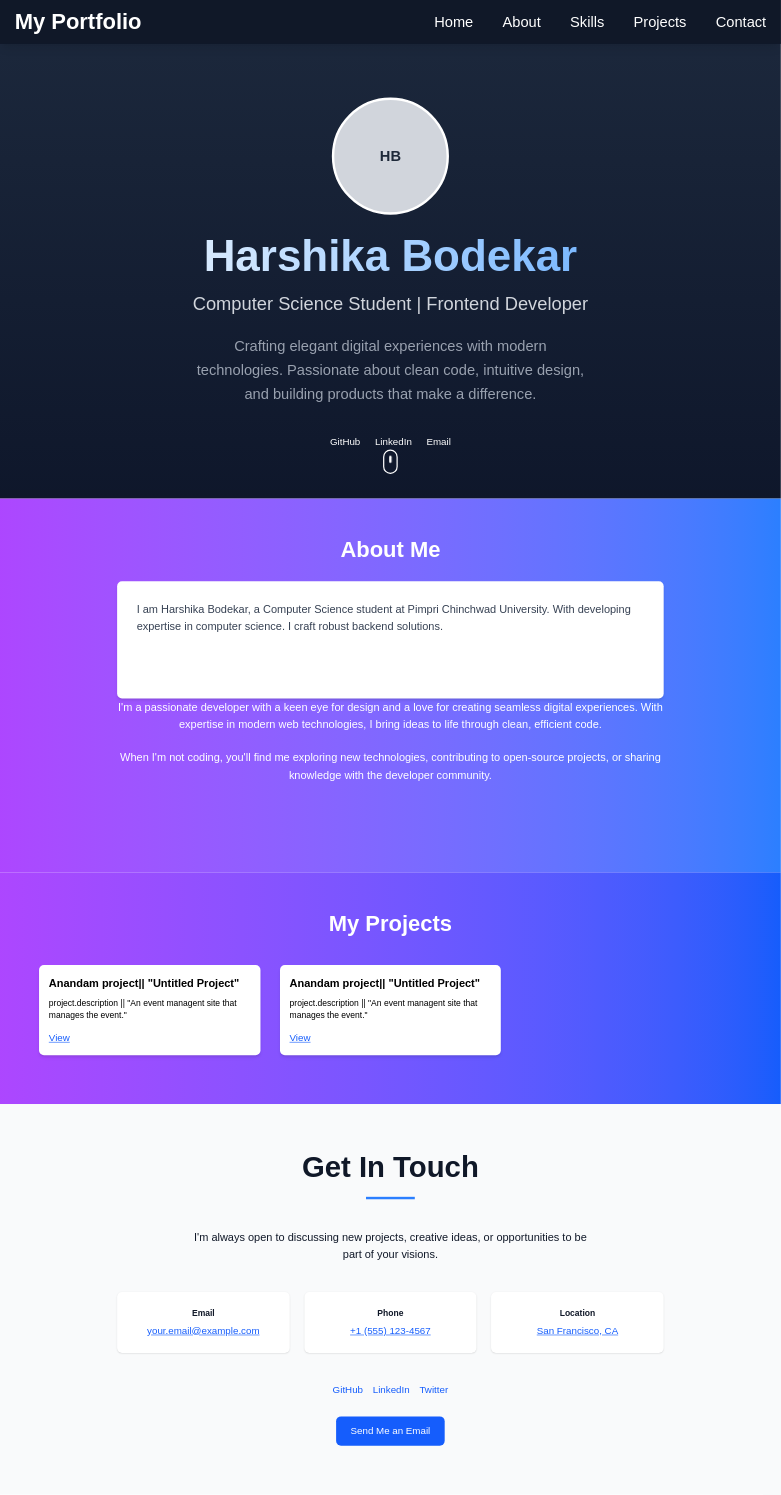
Repository: harshikabodekar/portfolio_awp
Page: /
An editor plug-in stored every save of this project. The page is shown before and after a run of saves, followed by the edit.
The browser window is 1280 px wide. The pictures show the whole page, at 61% of full size.
The project was rebuilt for these pictures with package versions that can differ from the ones it lists, and the page was loaded fresh each time. The framework's server and built-in components were replaced by stand-ins that run in the browser. Also part of the build but not shown: next.config.mjs.

Above is the page before, as saved 2025-10-15 19:56:23.

### src/app/layout.js
import "./globals.css";

export const metadata = {
  title: "AWP Portfolio",
  description: "Personal portfolio",
};

export default function RootLayout({ children }) {
  return (
    <html lang="en">
      <body className="antialiased">
        {children}
      </body>
    </html>
  );
}

### src/app/page.js
//import Image from "next/image";
import Navbar from "./components/Navbar";
import React from "react";
import Projects from "./components/Project";
import About from "./components/About";
import Contact from "./components/Contact";
import Hero from "./components/Hero";
import ProjectCard from "./components/ProjectCard";

export default function Home() {
  return (
    <div className="font-sans">
      <Navbar />
      <main className="w-full">
        <Hero />
        <About />
        <Projects />
        <Contact />
      </main>
    </div>
  );
}

### src/app/components/Navbar.js
import React from 'react';

const Navbar = () => {
  return (
    <nav className="bg-gray-900 text-white py-4 px-6 fixed w-full top-0 left-0 z-50 shadow-lg">
      <div className="container mx-auto flex justify-between items-center">
        <h1 className="text-4xl font-bold">My Portfolio</h1>
        <ul className="flex space-x-12 text-2xl">
          <li><a href="#home" className="hover:text-blue-400 transition-colors">Home</a></li>
          <li><a href="#about" className="hover:text-blue-400 transition-colors">About</a></li>
          <li><a href="#skills" className="hover:text-blue-400 transition-colors">Skills</a></li>
          <li><a href="#projects" className="hover:text-blue-400 transition-colors">Projects</a></li>
          <li><a href="#contact" className="hover:text-blue-400 transition-colors">Contact</a></li>
        </ul>
      </div>
    </nav>
  );
};

export default Navbar;

### src/app/components/Project.js
import React from 'react';
import ProjectCard from './ProjectCard';
import { projectsData } from '../data/projects';

const Projects = () => {
  return (
    <section id="projects" className="py-20 px-6 bg-gradient-to-r from-purple-500 to-blue-600 text-white pt-16">
      <div className="container mx-auto max-w-6xl">
        <h2 className="text-4xl font-bold text-center text-white mb-12">My Projects</h2>

        <div className="grid md:grid-cols-2 lg:grid-cols-3 gap-8">
          {projectsData.map((project) => (
            <ProjectCard key={project.id} project={project} />
          ))}
        </div>
      </div>
    </section>
  );
};

export default Projects;

### src/app/components/About.js
import React from 'react';

const About = () => {
  return (
     <section id="about" className="py-20 px-6 bg-gradient-to-r from-purple-500 to-blue-500 text-white pt-16">
      <div className="container mx-auto max-w-4xl">
        <h2 className="text-4xl font-bold text-center mb-8">About Me</h2>
        <div className="bg-white p-8 rounded-lg shadow-md">
          <p className="text-lg text-gray-700 mb-4">
            I am Harshika Bodekar, a Computer Science student at Pimpri Chinchwad University.
            With developing expertise in computer science.
            I craft robust backend solutions.
          </p>
          <p className="text-lg text-white">
            My journey is driven by a passion for building scalable,
            efficient systems that power modern applications.
            I enjoy tackling complex challenges and exploring cutting-edge tech.
          </p>
        </div>
        <div className="mb-16 text-center">
            <p className="text-lg text-muted-foreground leading-relaxed mb-6">
              I'm a passionate developer with a keen eye for design and a love for creating
              seamless digital experiences. With expertise in modern web technologies, I bring
              ideas to life through clean, efficient code.
            </p>
            <p className="text-lg text-muted-foreground leading-relaxed">
              When I'm not coding, you'll find me exploring new technologies, contributing to
              open-source projects, or sharing knowledge with the developer community.
            </p>
          </div>
      </div>
    </section>
  );
};

export default About;

### src/app/components/Contact.js
const Contact = () => {
  const contactInfo = [
    { label: 'Email', value: 'your.email@example.com', href: 'mailto:your.email@example.com' },
    { label: 'Phone', value: '+1 (555) 123-4567', href: 'tel:+15551234567' },
    { label: 'Location', value: 'San Francisco, CA', href: '#' },
  ];

  const socialLinks = [
    { label: 'GitHub', href: 'https://github.com' },
    { label: 'LinkedIn', href: 'https://linkedin.com' },
    { label: 'Twitter', href: 'https://twitter.com' },
  ];

  return (
    <section id="contact" className="py-20 bg-gray-50 text-gray-900">
      <div className="container mx-auto px-4">
        <div className="max-w-4xl mx-auto">
          <h2 className="text-4xl md:text-5xl font-bold mb-6 text-center">Get In Touch</h2>
          <div className="w-20 h-1 bg-blue-500 mx-auto mb-12"></div>

          <p className="text-center text-lg mb-12 max-w-2xl mx-auto">
            I'm always open to discussing new projects, creative ideas, or opportunities to be part of your visions.
          </p>

          <div className="grid md:grid-cols-3 gap-6 mb-12">
            {contactInfo.map((info, index) => (
              <div key={index} className="bg-white p-6 rounded-lg shadow text-center">
                <h3 className="text-sm font-semibold mb-2">{info.label}</h3>
                <a href={info.href} className="text-blue-600 underline">{info.value}</a>
              </div>
            ))}
          </div>

          <div className="text-center">
            <div className="flex justify-center gap-4 mb-8">
              {socialLinks.map((s, i) => (
                <a key={i} href={s.href} target="_blank" rel="noreferrer" className="text-blue-600">{s.label}</a>
              ))}
            </div>

            <div className="text-center">
              <a href="mailto:your.email@example.com" className="inline-block px-6 py-3 bg-blue-600 text-white rounded-lg">Send Me an Email</a>
            </div>
          </div>
        </div>
      </div>
    </section>
  );
};

export default Contact;

### src/app/components/Hero.js
"use client";
import React from 'react';

const Hero = () => {
  return (
    <section id="home" className="relative w-full min-h-screen flex items-center justify-center bg-gradient-to-b from-slate-800 to-slate-900 text-white pt-20">
      <div className="w-full px-4 sm:px-6 lg:px-8 py-12 sm:py-16 md:py-20 relative z-10">
        <div className="max-w-6xl mx-auto text-center">
          <div className="mb-6 sm:mb-8 flex justify-center">
            <div className="w-32 h-32 sm:w-40 sm:h-40 md:w-48 md:h-48 rounded-full bg-gray-300 dark:bg-gray-600 border-4 border-white flex items-center justify-center text-xl sm:text-2xl font-bold text-gray-800">HB</div>
          </div>



          <h1 className="text-4xl sm:text-4xl md:text-5xl lg:text-6xl xl:text-7xl font-bold mb-4 sm:mb-6 bg-gradient-to-r from-white to-blue-400 bg-clip-text text-transparent px-4">
            Harshika Bodekar
          </h1>

          <p className="text-base sm:text-lg md:text-xl lg:text-3xl text-gray-300 mb-6 sm:mb-8 font-light px-4">
            Computer Science Student | Frontend Developer
          </p>

          <p className="text-sm sm:text-base md:text-2xl text-gray-400 mb-8 sm:mb-12 max-w-2xl mx-auto leading-relaxed px-4">
            Crafting elegant digital experiences with modern technologies.
            Passionate about clean code, intuitive design, and building products that make a difference.
          </p>

          {/* <div className="flex flex-col sm:flex-row flex-wrap gap-4 justify-center mb-8 sm:mb-12 px-4">
            <button onClick={() => {}} className="px-6 py-3 bg-white text-slate-900 rounded-full font-medium hover:bg-gray-100 transition-colors w-full sm:w-auto">View My Work</button>
            <button onClick={() => {}} className="px-6 py-3 border-2 border-white text-white rounded-full hover:bg-white hover:text-slate-900 transition-colors w-full sm:w-auto">Get In Touch</button>
          </div> */}

          <div className="flex flex-wrap gap-4 sm:gap-6 justify-center text-3xl sm:text-base px-4">
            <a href="https://github.com/harshikabodekar" target="_blank" rel="noopener noreferrer" className="text-white hover:text-blue-400 transition-colors">GitHub</a>
            <a href="https://linkedin.com/in/harshikabodekar" target="_blank" rel="noopener noreferrer" className="text-white hover:text-blue-400 transition-colors">LinkedIn</a>
            <a href="mailto:harshikabodekar02@gmail.com" className="text-white hover:text-blue-400 transition-colors">Email</a>
          </div>
        </div>
      </div>

      <div className="hidden sm:block absolute bottom-10 left-1/2 -translate-x-1/2">
        <div className="w-6 h-10 border-2 border-white rounded-full flex justify-center">
          <div className="w-1 h-3 bg-white rounded-full mt-2 animate-pulse"></div>
        </div>
      </div>
    </section>
  );
};

export default Hero;

### src/app/components/ProjectCard.js
import React from 'react';

export default function ProjectCard({ project = {} }) {
  return (
    <article className="bg-white text-black rounded-lg p-4 shadow-md">
      <h3 className="font-semibold text-lg mb-2">Anandam project|| "Untitled Project"</h3>
      <p className="text-sm mb-4">project.description || "An event managent site that manages the event."</p>
      {project.link && (
        <a
          className="text-blue-600 underline"
          href={project.link}
          target="_blank"
          rel="noreferrer"
        >
          View
        </a>
      )}
    </article>
  );
}

### src/app/data/projects.js
export const projectsData = [
  {
    id: '1',
    title: 'Sample Project One',
    description: 'A short description of project one.',
    link: 'https://example.com',
  },
  {
    id: '2',
    title: 'Sample Project Two',
    description: 'A short description of project two.',
    link: 'https://example.com',
  },
];

Loaded but not shown: src/app/globals.css (common file)

After the next 2 saves:
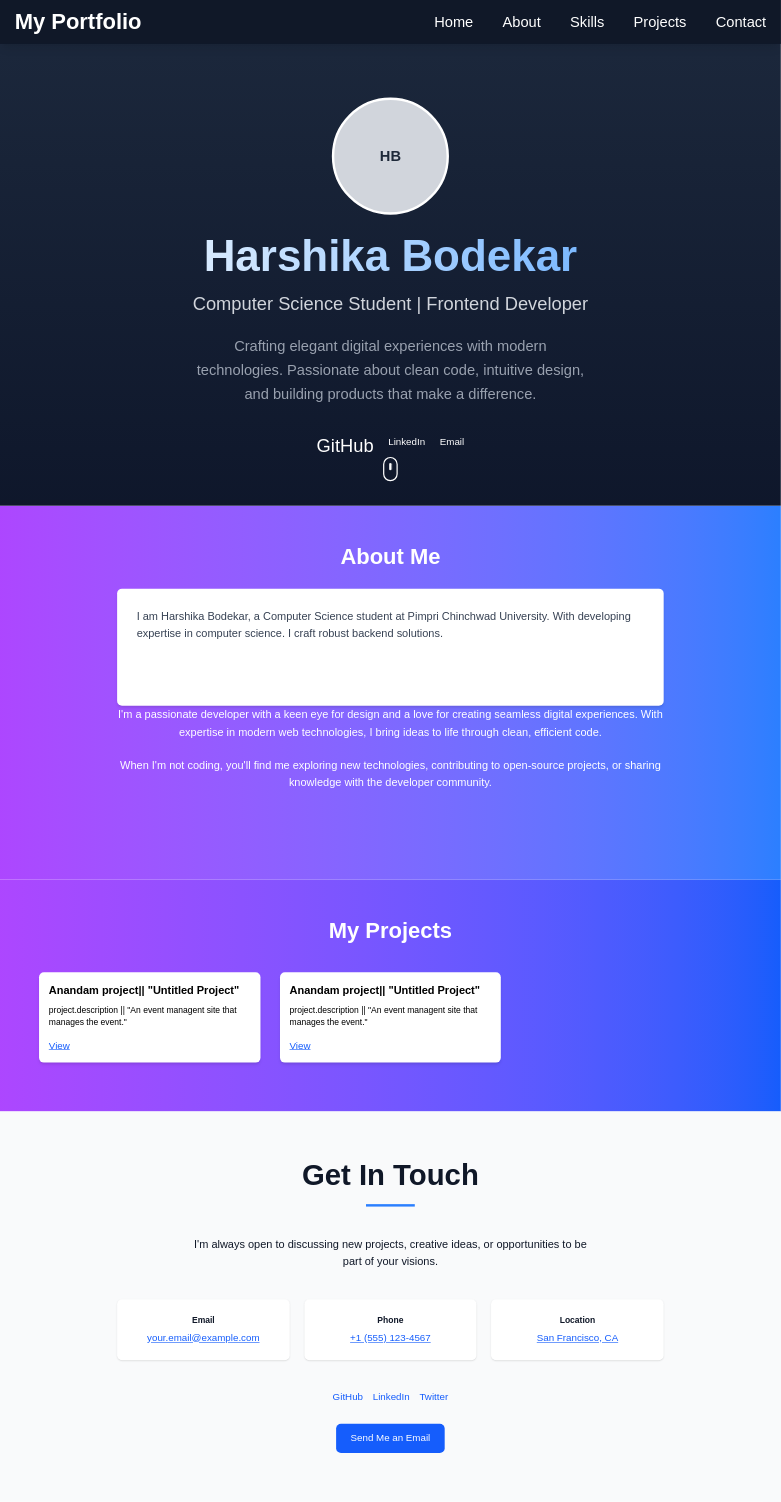
The 2 saves are shown as one change because they came seconds apart.
The last was saved 36 s later.
--- a/src/app/components/Hero.js
+++ b/src/app/components/Hero.js
@@ -31,7 +31,7 @@ const Hero = () => {
           </div> */}
 
           <div className="flex flex-wrap gap-4 sm:gap-6 justify-center text-3xl sm:text-base px-4">
-            <a href="https://github.com/harshikabodekar" target="_blank" rel="noopener noreferrer" className="text-white hover:text-blue-400 transition-colors">GitHub</a>
+            <a href="https://github.com/harshikabodekar" target="_blank" rel="noopener noreferrer" className="text-white hover:text-blue-400 transition-colors text-3xl">GitHub</a>
             <a href="https://linkedin.com/in/harshikabodekar" target="_blank" rel="noopener noreferrer" className="text-white hover:text-blue-400 transition-colors">LinkedIn</a>
             <a href="mailto:harshikabodekar02@gmail.com" className="text-white hover:text-blue-400 transition-colors">Email</a>
           </div>
